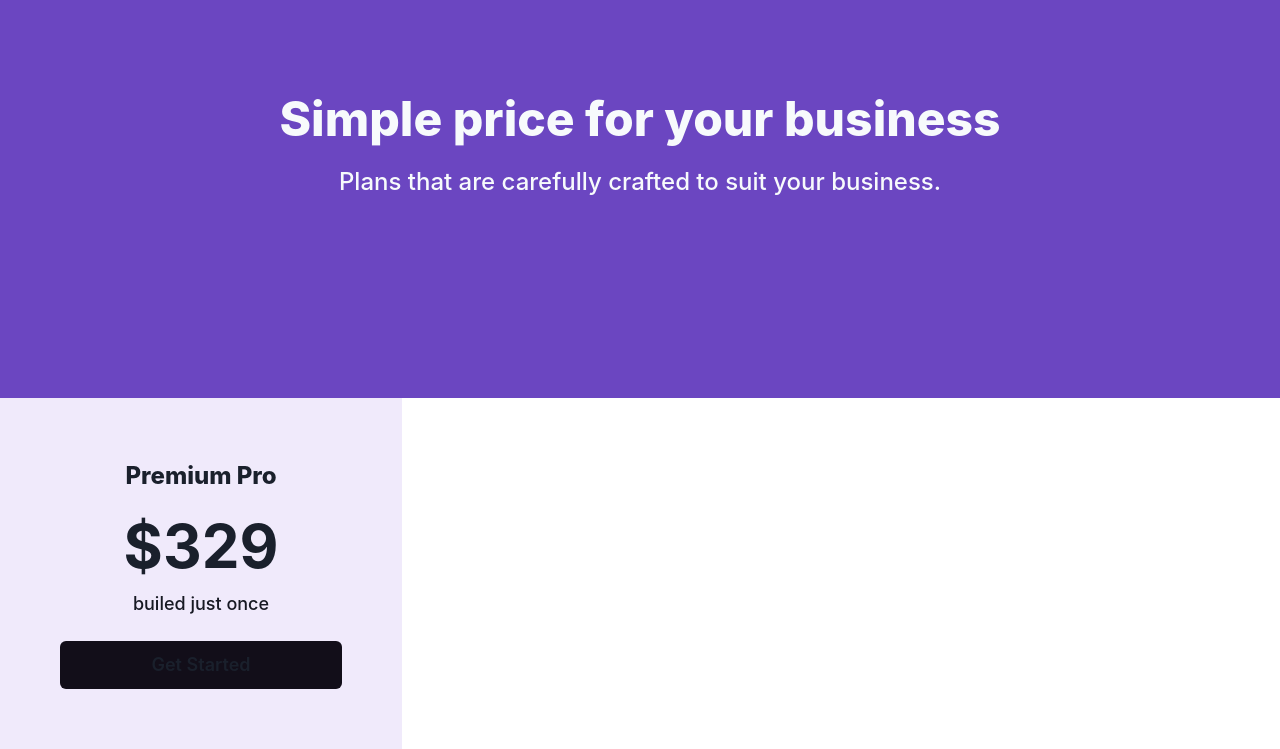
Repository: noutijo/learn-in-depth-chakra-ui
Page: /
These files come from the project's save history. The page is drawn as it stood at one moment and after the next save; the edit follows.
The browser window is 1280 px wide. The pictures show the whole page.
The project was rebuilt for these pictures with package versions that can differ from the ones it lists, and the page was loaded fresh each time. Also part of the build but not shown: vite.config.ts.

Above is the page before, as saved 2023-01-30 15:45:40.

After the next save:
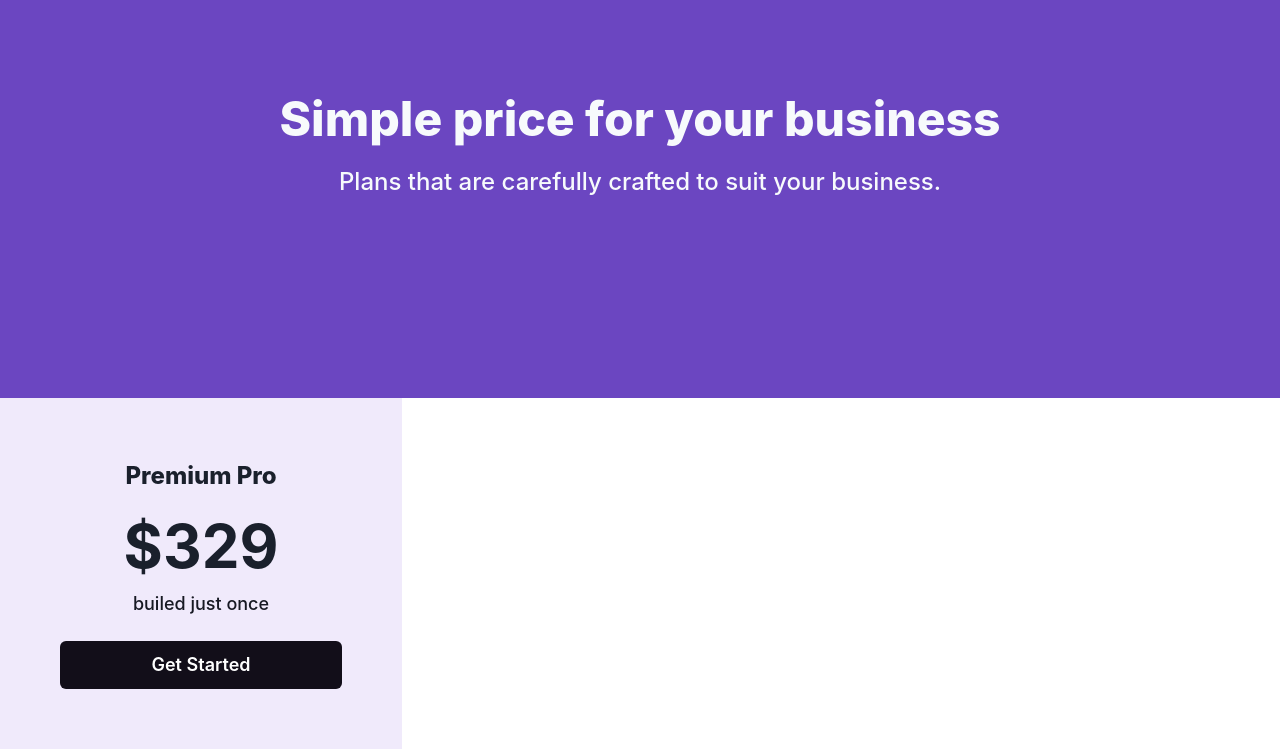
Saved 7 s later.
--- a/src/components/Pricing.tsx
+++ b/src/components/Pricing.tsx
@@ -15,7 +15,7 @@ export function Pricing() {
           <Text fontSize="18px" fontWeight="500" color="#171923" mt="8px">
             builed just once
           </Text>
-          <Button bg="#120E19" color size={"lg"} w="282px" mt="24px">
+          <Button bg="#120E19" color="white" size={"lg"} w="282px" mt="24px">
             Get Started
           </Button>
         </Box>
